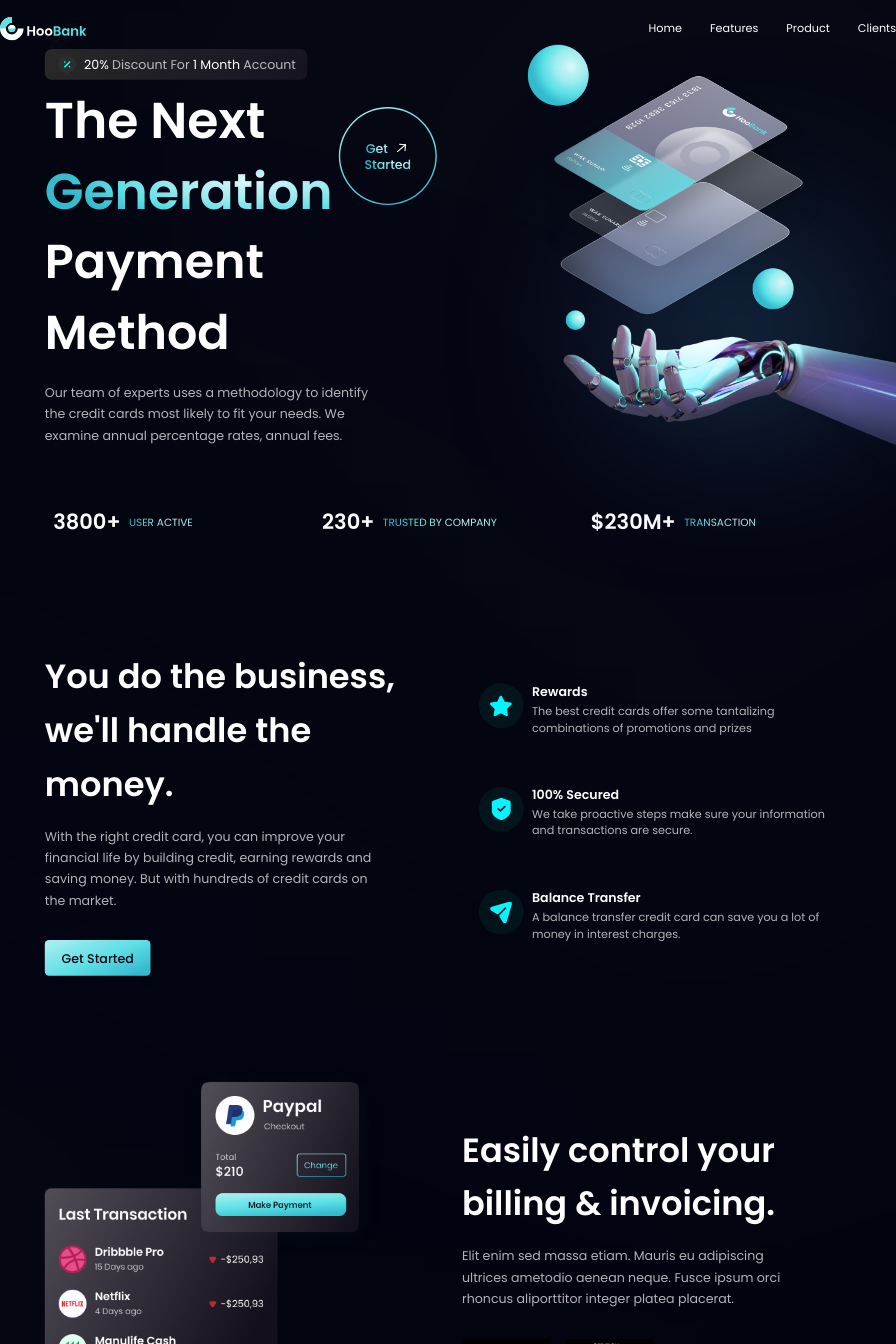
Repository: Carlito-Pedida/modern-app
Page: /
These files come from the project's save history. The page is drawn as it stood at one moment and after the next save; the edit follows.
The browser window is 1280 px wide. The pictures show the part of the page from y = 0 to 1920 px (the page is 4402 px tall), at 70% of full size.
The project was rebuilt for these pictures with package versions that can differ from the ones it lists, and the page was loaded fresh each time. Also part of the build but not shown: vite.config.js.

Above is the page before, as saved 2024-11-16 12:29:46.

After the next save:
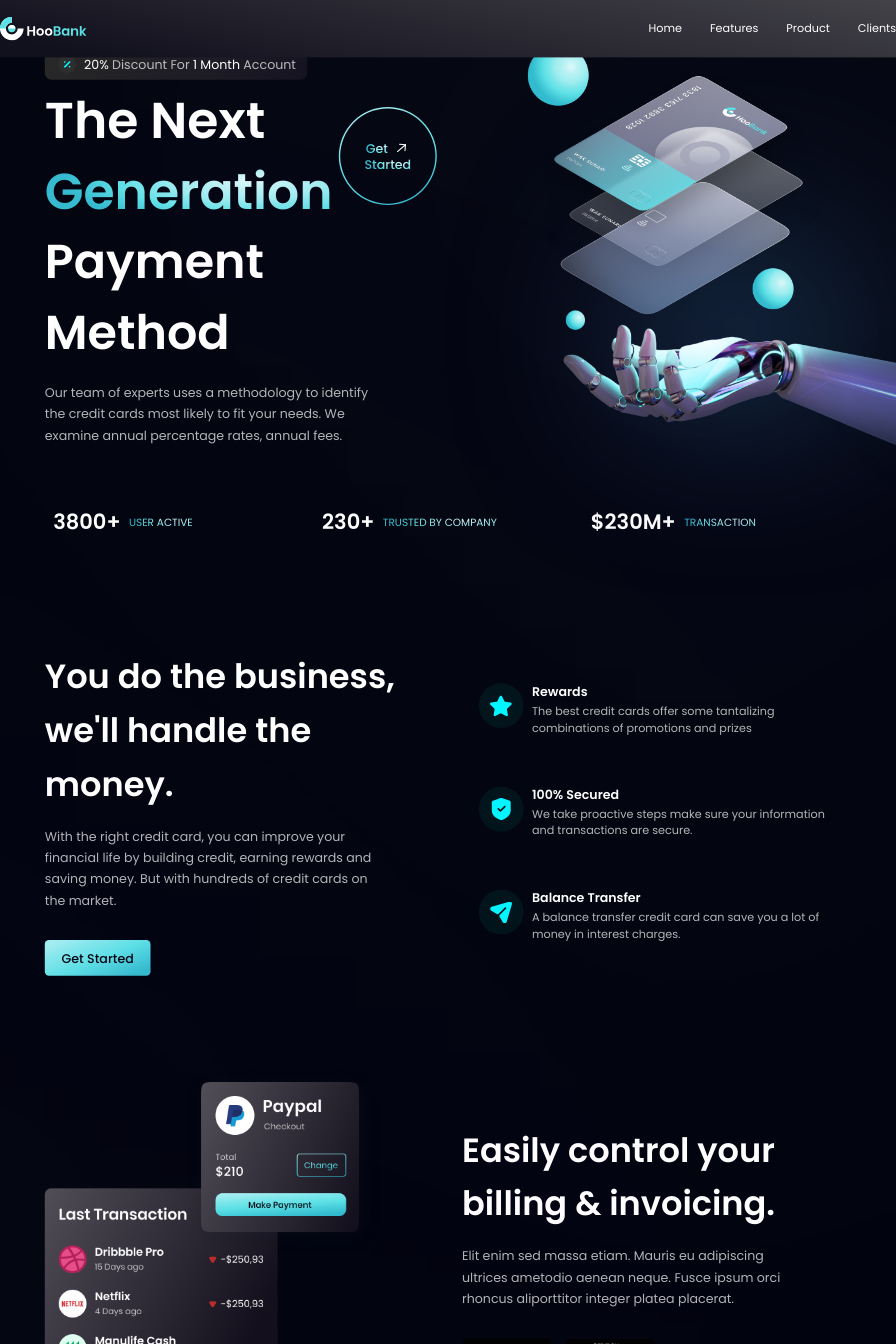
Saved 29 s later.
--- a/src/App.jsx
+++ b/src/App.jsx
@@ -16,7 +16,7 @@
   return (
     <div className="bg-primary w-full overflow-hidden">
       <div className={`${styles.paddingX} ${styles.flexCenter}`}>
-        <div className={`${styles.boxWidth} fixed top-0 z-50`}>
+        <div className={`${styles.boxWidth} fixed top-0 z-50 bg-black-gradient-2`}>
           <Navbar/>
         </div>
       </div>

After the save that followed:
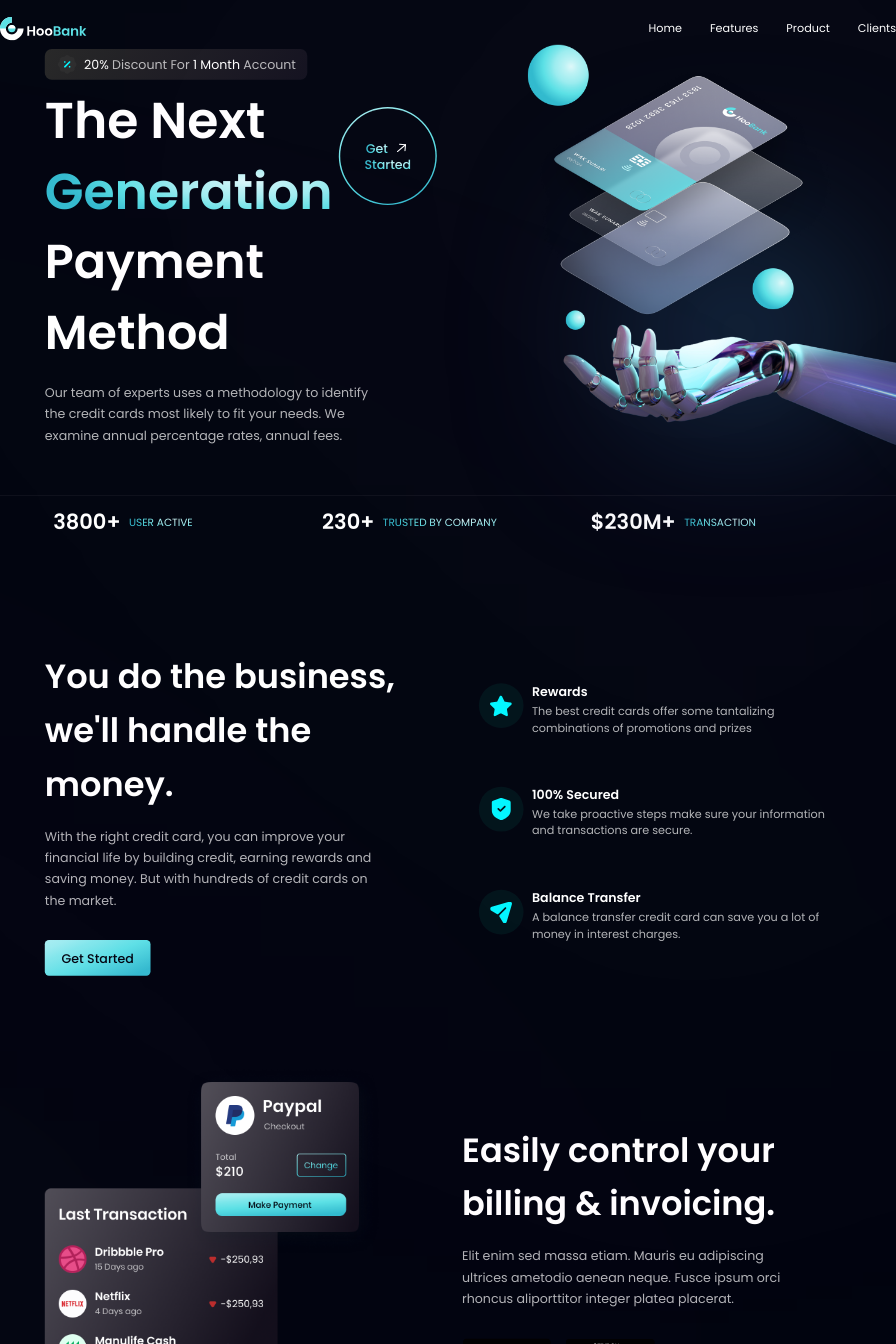
Saved 26 s later.
--- a/src/App.jsx
+++ b/src/App.jsx
@@ -14,9 +14,9 @@
 
 const App = () =>  {
   return (
-    <div className="bg-primary w-full overflow-hidden">
+    <div className="bg-primary w-full overflow-hidden  bg-black-gradient-2">
       <div className={`${styles.paddingX} ${styles.flexCenter}`}>
-        <div className={`${styles.boxWidth} fixed top-0 z-50 bg-black-gradient-2`}>
+        <div className={`${styles.boxWidth} fixed top-0 z-50`}>
           <Navbar/>
         </div>
       </div>
